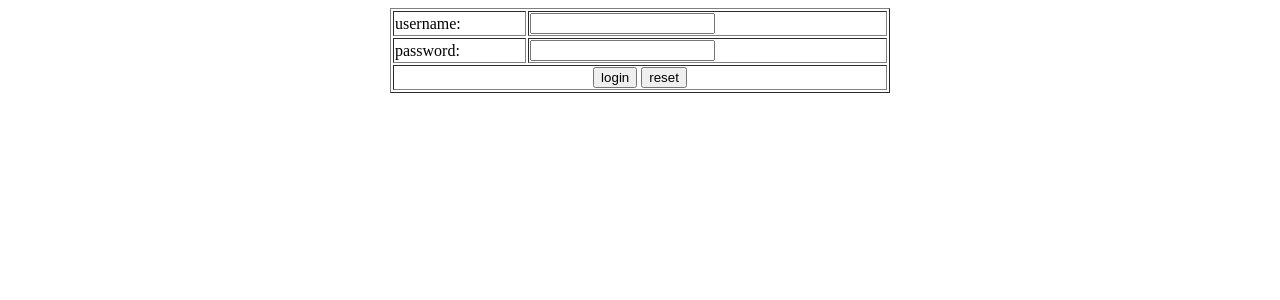
Repository: Aimee888/STSProject20220926
Page: http://localhost/Demo/pages/login.jsp
An editor plug-in stored every save of this project. The page is shown before and after the next save, followed by the edit.
The browser window is 1280 px wide. The pictures show the whole page.
The page is served by Tomcat 9. Nobody is signed in. The application's start-up code is not run. Other server files are loaded and not shown.

Above is the page before, as saved 2022-09-26 02:50:05.

### STSWorkSpace2/Demo/src/main/webapp/pages/login.jsp
<%@ page language="java" contentType="text/html; charset=ISO-8859-1"
    pageEncoding="ISO-8859-1"%>
<!DOCTYPE html>
<html>
<head>
<meta charset="ISO-8859-1">
<title>Login</title>
</head>
<body>
    <form role="form" action="loginOn" method = "post">
        <table align = "center" border = "1" width = "500">
            <tr>
                <td>username: </td>
                <td>
                    <input type = "text" name = "username"/>
                </td>
            </tr>
            <tr>
                <td>password:</td>
                    <td>
                        <input type = "password" name = "password"/>
                    </td>
            </tr>
            <tr align = "center">
                    <td colspan = "2">
                            <input type = "submit" value = "login"/>
                            <input type = "reset" value = "reset"/>
                    </td>
            </tr>
        </table>
    </form>
</body>
</html>

After the next save:
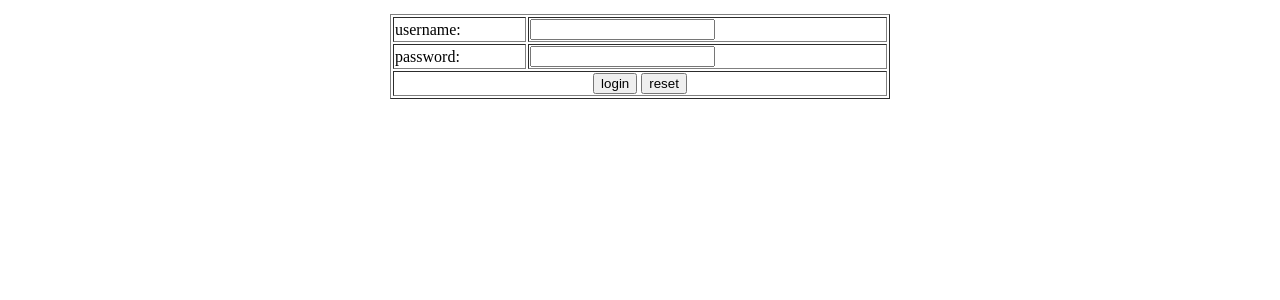
Saved 3 min 52 s later.
--- a/STSWorkSpace2/Demo/src/main/webapp/pages/login.jsp
+++ b/STSWorkSpace2/Demo/src/main/webapp/pages/login.jsp
@@ -27,6 +27,10 @@
                             <input type = "reset" value = "reset"/>
                     </td>
             </tr>
+
+            <p style="font-size: 14px; line-height: 150%; font-family: consolas;">
+                <font color="red">${Error}</font>
+            </p>
         </table>
     </form>
 </body>

After the save that followed:
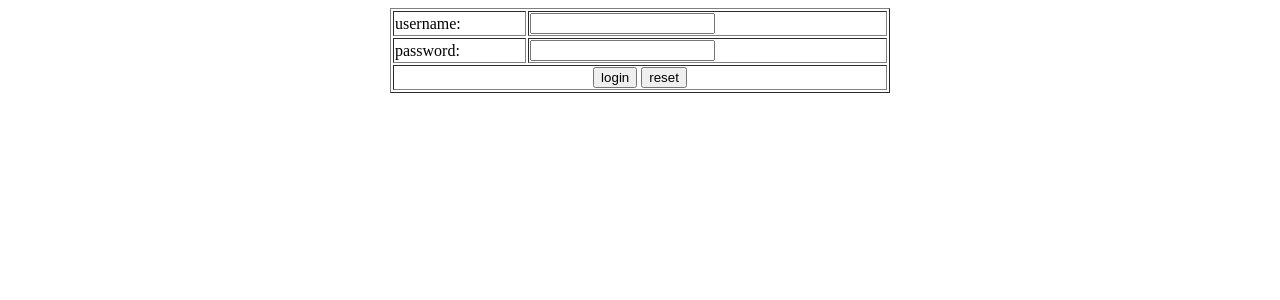
Saved 7 min 56 s later.
--- a/STSWorkSpace2/Demo/src/main/webapp/pages/login.jsp
+++ b/STSWorkSpace2/Demo/src/main/webapp/pages/login.jsp
@@ -28,9 +28,6 @@
                     </td>
             </tr>
 
-            <p style="font-size: 14px; line-height: 150%; font-family: consolas;">
-                <font color="red">${Error}</font>
-            </p>
         </table>
     </form>
 </body>
